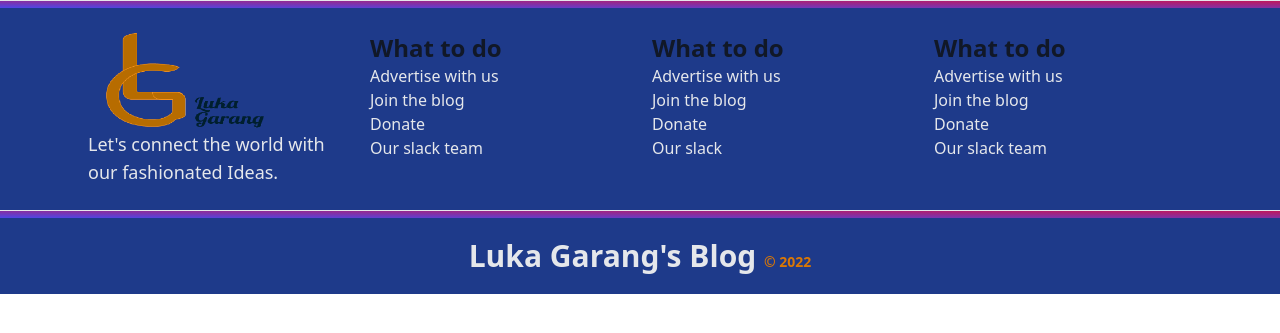
Repository: kenyi-mic/Luka_blog
Page: /footer
An editor plug-in stored every save of this project. The page is shown before and after the next save, followed by the edit.
The browser window is 1280 px wide. The pictures show the whole page.
The project was rebuilt for these pictures with package versions that can differ from the ones it lists, and the page was loaded fresh each time. The framework's server and built-in components were replaced by stand-ins that run in the browser. Also part of the build but not shown: next.config.js.

Above is the page before, as saved 2022-04-19 10:07:48.

### pages/footer.tsx
import React from 'react'

function footer() {
  return (
    <div className="bg-blue-900">
       <hr className="w-full h-2 bg-gradient-to-tr from-indigo-600 to-pink-700"/>
      <div className="grid grid-cols-1 sm:grid-cols-2 lg:grid-cols-4 gap-3 md:gap-6 p-2 md:p-6 max-w-6xl mx-auto">
       {/* first*/}
       <div  className="flex flex-1 flex-col">
         <img className="w-44" src="/logo.png" alt="logo" />
         <p className="text-lg text-gray-200">Let's connect the world with our fashionated Ideas.</p>

       </div>
      {/* second*/}
      <div className="flex flex-1 flex-col text-gray-200 ">
        <h2 className="text-2xl font-bold text-gray-900 ">What to do</h2>
        <h4>Advertise with us</h4>
        <h4>Join the blog</h4>
        <h4>Donate</h4>
        <h4>Our slack team</h4>
      </div >
       {/* third*/}
       <div className="flex flex-1 flex-col text-gray-200 ">
        <h2 className="text-2xl font-bold text-gray-900 ">What to do</h2>
        <h4>Advertise with us</h4>
        <h4>Join the blog</h4>
        <h4>Donate</h4>
        <h4>Our slack </h4>

        </div>

        {/* fourth*/}
        <div  className="flex flex-1 flex-col text-gray-200 ">
        <h2 className="text-2xl font-bold text-gray-900 ">What to do</h2>
        <h4>Advertise with us</h4>
        <h4>Join the blog</h4>
        <h4>Donate</h4>
        <h4>Our slack team </h4>
        </div>
      </div>
      <hr className="w-full h-2 bg-gradient-to-tr from-indigo-600 to-pink-700"/>
      <h1 className="text-3xl shadow-green-700 font-bold text-gray-200 text-shadow text-center py-5">Luka Garang's Blog <span className="text-amber-600 text-sm text-extralight">	&copy; 2022</span></h1>
    </div>
  )
}

export default footer

Loaded but not shown: pages/_app.tsx (common file); styles/globals.css (common file); tailwind.config.js (common file)

After the next save:
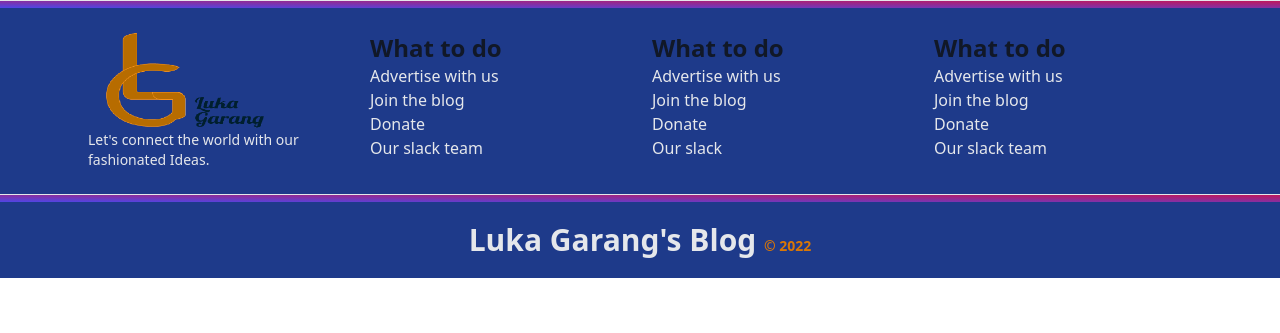
Saved 41 s later.
--- a/pages/footer.tsx
+++ b/pages/footer.tsx
@@ -8,7 +8,7 @@
        {/* first*/}
        <div  className="flex flex-1 flex-col">
          <img className="w-44" src="/logo.png" alt="logo" />
-         <p className="text-lg text-gray-200">Let's connect the world with our fashionated Ideas.</p>
+         <p className="text-sm text-gray-200">Let's connect the world with our fashionated Ideas.</p>
 
        </div>
       {/* second*/}
